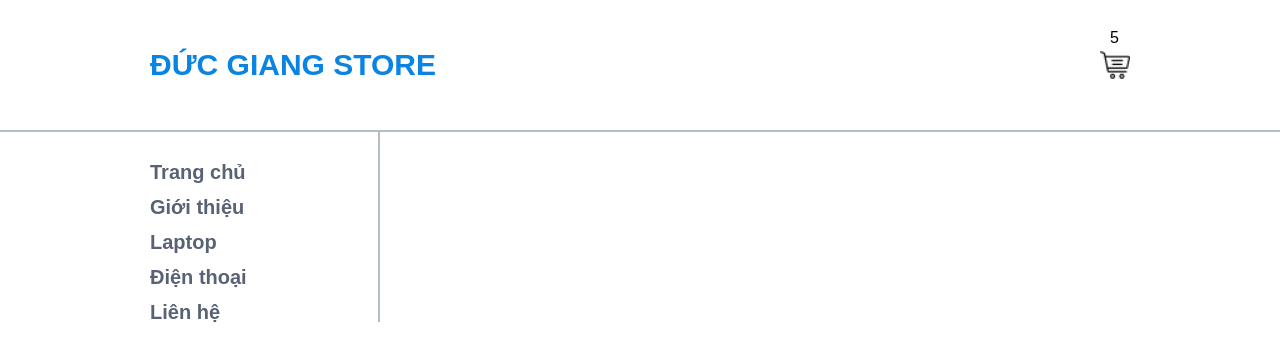
Repository: Giangattt123/PHP
Page: http://localhost/?page=home
The author's editor kept a copy of each file at every save. The page is drawn from the files as they stood at one save, then again after the next save.
The browser window is 1280 px wide. The pictures show the whole page.
Some web libraries are served in a nearby version. The page is run by PHP 8.4 with error messages shown; the project is at /var/www/html/.

Above is the page before, as saved 2023-03-17 22:47:28.

### PHP_Shopping-Cart/Shopping_Cart/index.php
<?php
    require 'inc/header.php';
?>

### PHP_Shopping-Cart/Shopping_Cart/inc/header.php
<!DOCTYPE html>
<html lang="en">

<head>
    <meta charset="UTF-8">
    <meta http-equiv="X-UA-Compatible" content="IE=edge">
    <meta name="viewport" content="width=device-width, initial-scale=1.0">
    <title>ĐỨC GIANG STORE</title>
    <link rel="stylesheet" href="public/css/reset.css">
    <link rel="stylesheet" href="public/css/style.css">
    <link rel="stylesheet" href="https://cdnjs.cloudflare.com/ajax/libs/font-awesome/6.3.0/css/all.min.css"
        integrity="sha512-SzlrxWUlpfuzQ+pcUCosxcglQRNAq/DZjVsC0lE40xsADsfeQoEypE+enwcOiGjk/bSuGGKHEyjSoQ1zVisanQ=="
        crossorigin="anonymous" referrerpolicy="no-referrer" />
    <script src="public/js/main.js"></script>
</head>

<body>
    <div class="wrapper">
        <div class="wrapper-content">
            <div class="header">
                <div class="header-content">
                    <div class="item-left">
                        <a href="?page=home" class="logo">ĐỨC GIANG STORE</a>
                    </div>
                    <div class="item-right">
                        <div class="cart">
                            <a href="" class="cart-icon">
                                <img src="public/images/icon-cart.png" alt="Icon_Cart" class="icon-image">
                            </a>
                            <span class="cart-number">5</span>
                        </div>
                    </div>
                </div>
            </div>
            <!-- end header -->
            <div class="content">
                <div class="content-container">
                    <div class="menu-select">
                        <ul class="menu">
                            <li class="menu-item">
                                <a href="" class="active">Trang chủ</a>
                            </li>
                            <li class="menu-item">
                                <a href="" class="">Giới thiệu</a>
                            </li>
                            <li class="menu-item">
                                <a href="" class="">Laptop</a>
                            </li>
                            <li class="menu-item">
                                <a href="" class="">Điện thoại</a>
                            </li>
                            <li class="menu-item">
                                <a href="" class="">Liên hệ</a>
                            </li>
                        </ul>
                    </div>

                    <div class="menu-content">

                    </div>
                </div>
            </div>
            <!-- end content -->
            <div class="footer">

            </div>
            <!-- end footer -->
        </div>
    </div>


</body>

</html>

### PHP_Shopping-Cart/Shopping_Cart/public/css/style.css
* {
  box-sizing: border-box;
}
html {
  font-size: 62.5%;
}
body {
  font-family: "Poppins", sans-serif;
  font-size: 1.6rem;
  font-weight: normal;
}
img {
  display: block;
  max-width: 100%;
}
.header-content {
  display: flex;
  justify-content: space-between;
  margin-left: 150px;
  margin-right: 150px;
  padding: 50px 0px;
  /* border-bottom: 1px solid #f00; */
}
.item-left .logo {
  font-size: 3rem;
  color: #0984e3;
  font-weight: bold;
}
.cart {
  position: relative;
  display: flex;
  align-items: center;
}
.cart .cart-icon .icon-image {
  width: 30px;
  height: 30px;
}
.cart .cart-number {
  position: absolute;
  top: -20px;
  left: 10px;
}
.header {
  border-bottom: 2px solid #b2bec3;
}
.content-container {
  display: flex;
}
.menu-select {
  width: 18%;
  margin-left: 150px;
  font-size: 2rem;
  /* margin-top: 30px; */
  border-right: 2px solid #b2bec3;
}
.menu-select ul.menu li:not(:first-child) {
  margin-top: 15px;
  color: #0984e3;
}
.menu {
  margin-top: 30px;
}
a {
  color: #596275;
  font-weight: bold;
}

Loaded but not shown: PHP_Shopping-Cart/Shopping_Cart/public/css/reset.css (common file); PHP_Shopping-Cart/Shopping_Cart/public/js/main.js (no stored copy; drawn as an empty file)

After the next save:
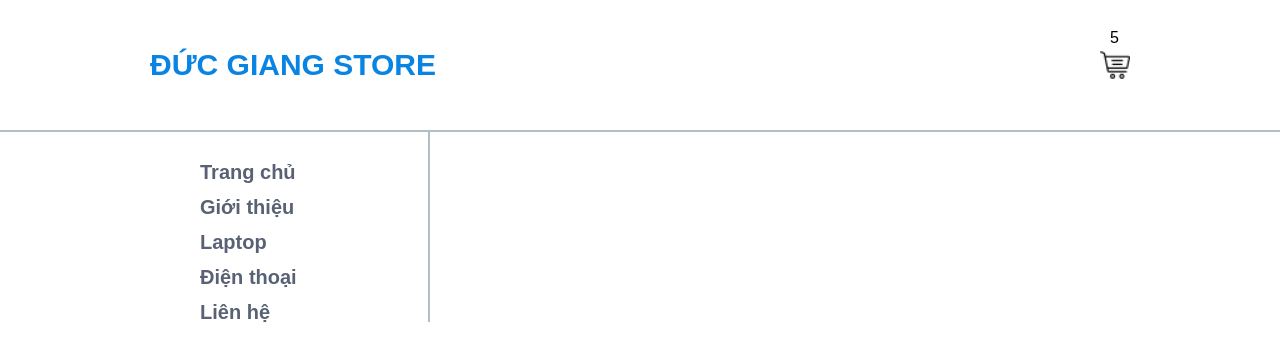
Saved 13 s later.
--- a/PHP_Shopping-Cart/Shopping_Cart/public/css/style.css
+++ b/PHP_Shopping-Cart/Shopping_Cart/public/css/style.css
@@ -48,7 +48,7 @@ img {
 }
 .menu-select {
   width: 18%;
-  margin-left: 150px;
+  margin-left: 200px;
   font-size: 2rem;
   /* margin-top: 30px; */
   border-right: 2px solid #b2bec3;
